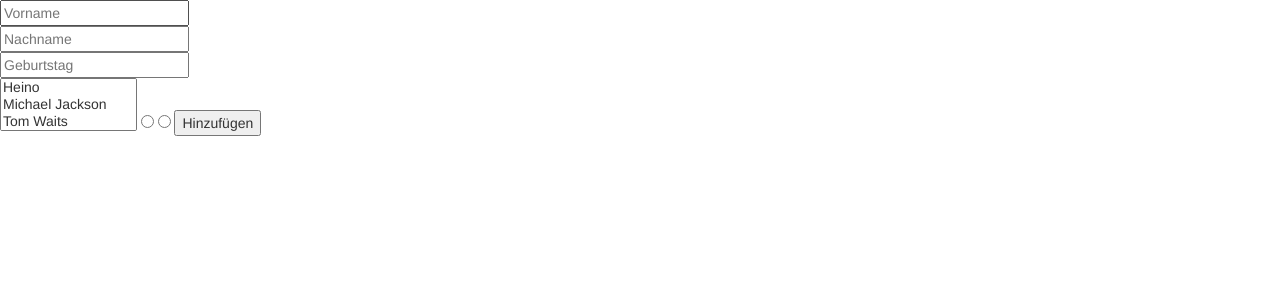
Repository: asdffdsa123/SA-Project
Page: SA-Webapp/WAR/index.html
An editor plug-in stored every save of this project. The page is shown before and after the next save, followed by the edit.
The browser window is 1280 px wide. The pictures show the whole page.
Some web libraries are served in a nearby version.

Above is the page before, as saved 2013-11-24 14:04:13.

### SA-Webapp/WAR/index.html
<html>
	<head>
		<meta charset="utf-8">
		<link rel="stylesheet" href="//netdna.bootstrapcdn.com/bootstrap/3.0.2/css/bootstrap.min.css">
		<title>Wettkampf Registrierung</title>
	</head>
	<body>
		<form>
			<input type = "text" placeholder = "Vorname"/> <br/>
			<input type = "text" placeholder = "Nachname"/> <br/>
			<input type = "text" placeholder = "Geburtstag"/> <br/>
			<select name="top5" size="3">
			    <option>Heino</option>
			    <option>Michael Jackson</option>
			    <option>Tom Waits</option>
			    <option>Nina Hagen</option>
			    <option>Marianne Rosenberg</option>
		    </select>
		    <input type = "radio" name = "gender" value = "Mann"/>
		    <input type = "radio" name = "gender" value = "Frau"/>
			<button type="submit">Hinzufügen</button>

		</form>
	</body>

</html>

After the next save:
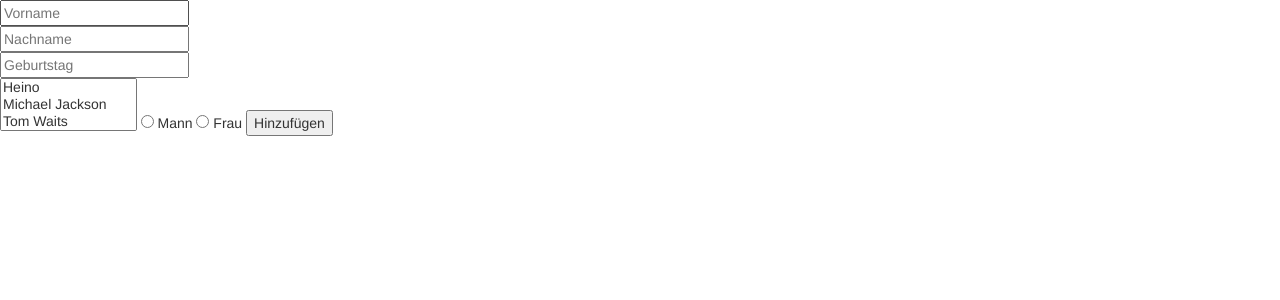
Saved 31 s later.
--- a/SA-Webapp/WAR/index.html
+++ b/SA-Webapp/WAR/index.html
@@ -16,8 +16,8 @@
 			    <option>Nina Hagen</option>
 			    <option>Marianne Rosenberg</option>
 		    </select>
-		    <input type = "radio" name = "gender" value = "Mann"/>
-		    <input type = "radio" name = "gender" value = "Frau"/>
+		    <input type = "radio" name = "gender" value = "Mann"> Mann </input>
+		    <input type = "radio" name = "gender" value = "Frau"> Frau </input>
 			<button type="submit">Hinzufügen</button>
 
 		</form>
